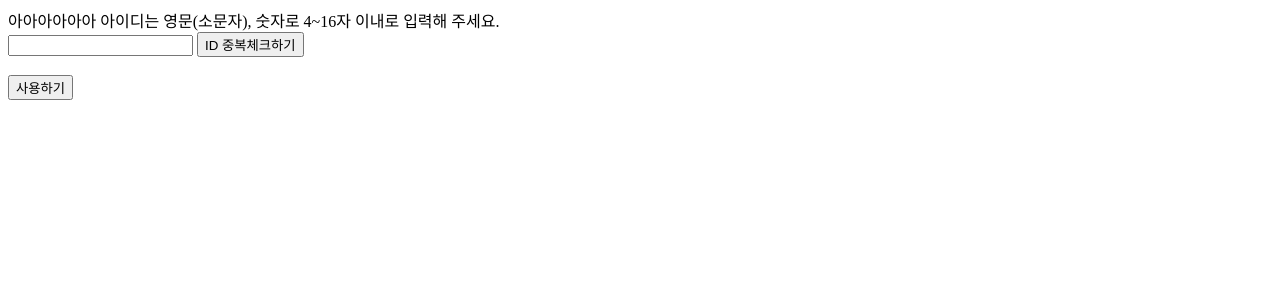
Repository: taeeun2/java_web
Page: webapp/WebContent/Shopingmall/idCheck/idCheck.html
The author's editor kept a copy of each file at every save. The page is drawn from the files as they stood at one save, then again after the next save.
The browser window is 1280 px wide. The pictures show the whole page.

Above is the page before, as saved 2021-09-30 15:13:19.

After the next save:
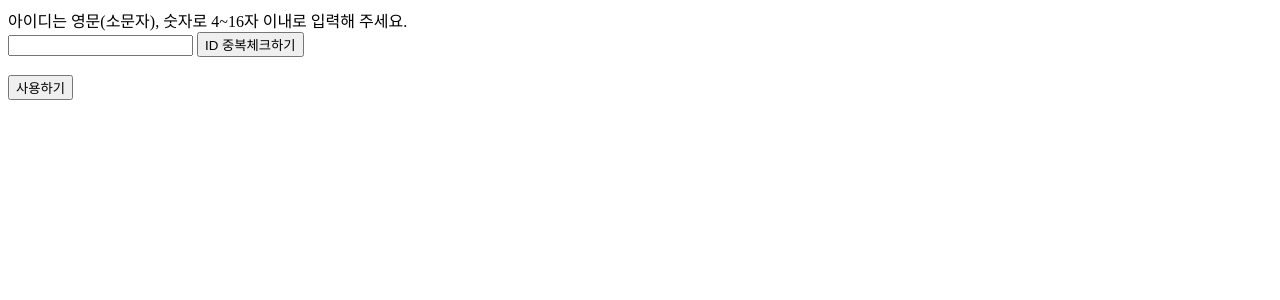
Saved 101 s later.
--- a/webapp/WebContent/Shopingmall/idCheck/idCheck.html
+++ b/webapp/WebContent/Shopingmall/idCheck/idCheck.html
@@ -39,7 +39,6 @@
 </script>
 </head>
 <body>
-아아아아아아
 아이디는 영문(소문자), 숫자로 4~16자 이내로 입력해 주세요.<br>
 <input type = "text" id = "t_id"/>
 <input type = "button" id = "btn_duplicate" value = "ID 중복체크하기" onClick = "fn_process()"/><br><br>
